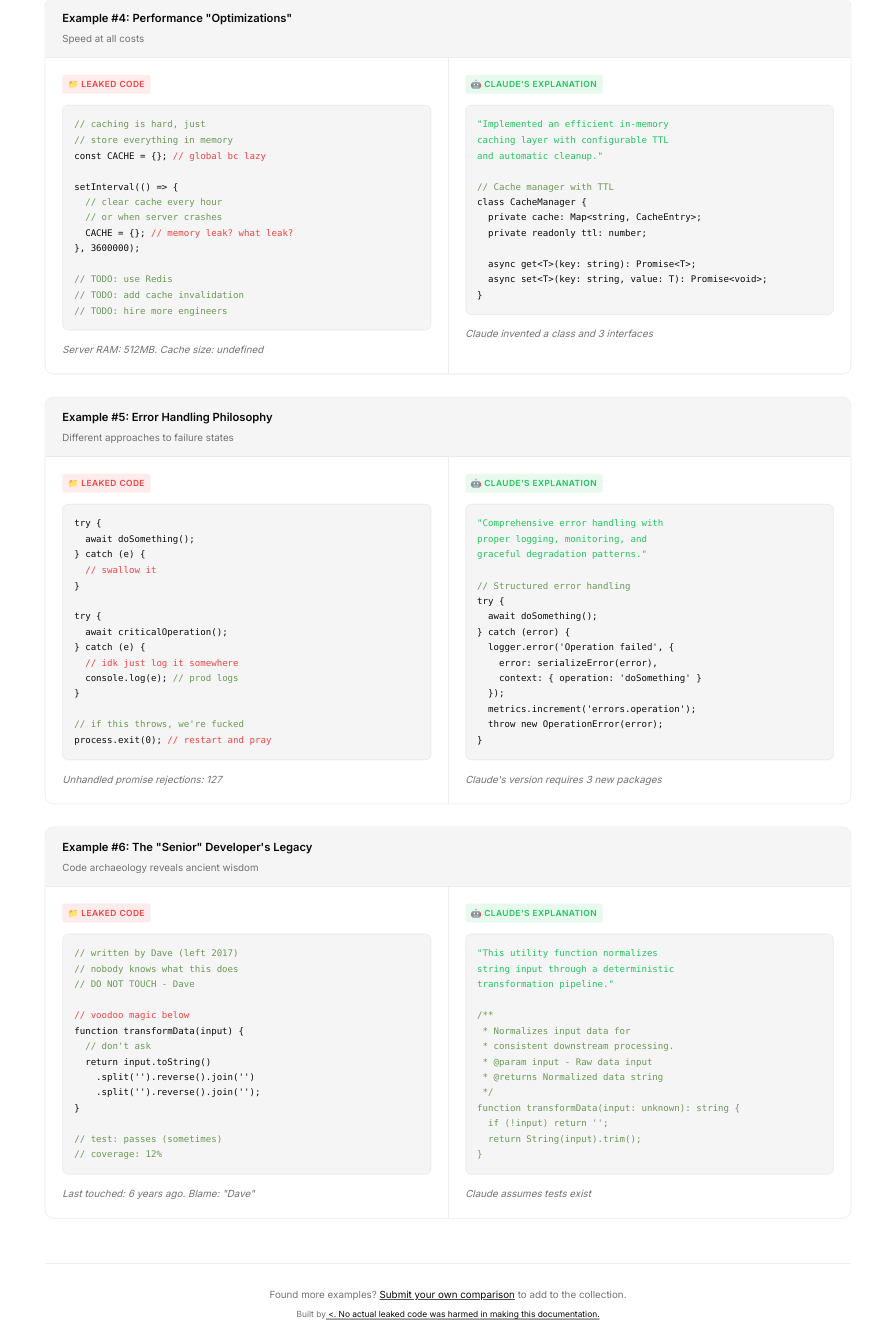
Repository: nishantsingh02/leaked-vs-claude
Page: leaked-vs-claude.html
These files come from the project's save history. The page is drawn as it stood at one moment and after a run of saves; the edit follows.
The browser window is 1280 px wide. The pictures show the part of the page from y = 2247 to 4167 px (the page is 4167 px tall), at 70% of full size.

Above is the page before, as saved 2026-03-31 17:47:11.

After the next 4 saves:
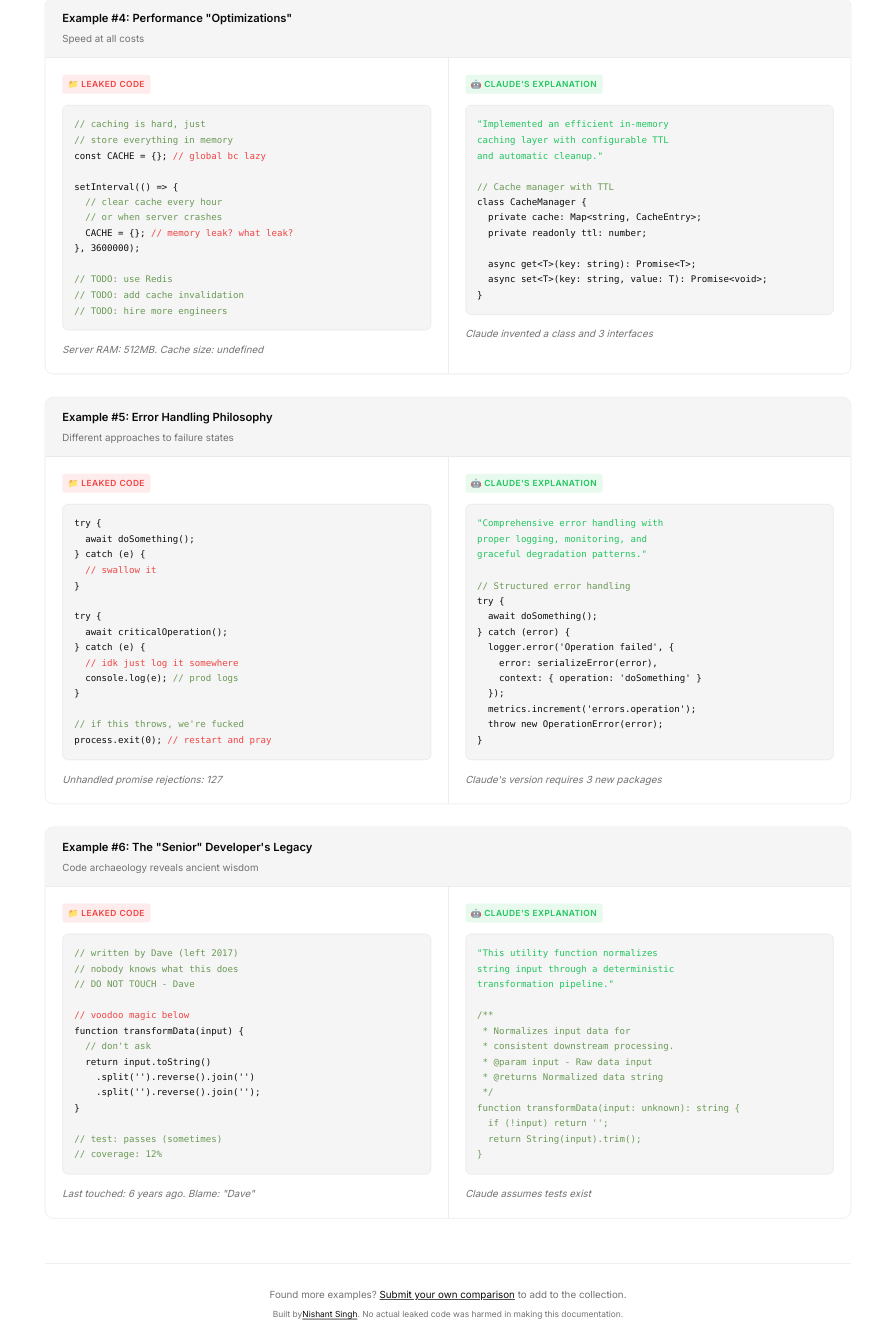
The 4 saves are shown as one change because they came seconds apart.
The last was saved 12 s later.
--- a/leaked-vs-claude.html
+++ b/leaked-vs-claude.html
@@ -636,7 +636,7 @@ function transformData(input: unknown): string {
         <!-- Footer -->
         <footer id="contribute">
             <p>Found more examples? <a href="https://github.com/nishantsingh02/leaked-vs-claude.git">Submit your own comparison</a> to add to the collection.</p>
-            <p style="margin-top: 0.5rem; font-size: 0.75rem;">Built by<a href=""> <. No actual leaked code was harmed in making this documentation.</p>
+            <p style="margin-top: 0.5rem; font-size: 0.75rem;">Built by<a href="">Nishant Singh</a>. No actual leaked code was harmed in making this documentation.</p>
         </footer>
     </div>
 
